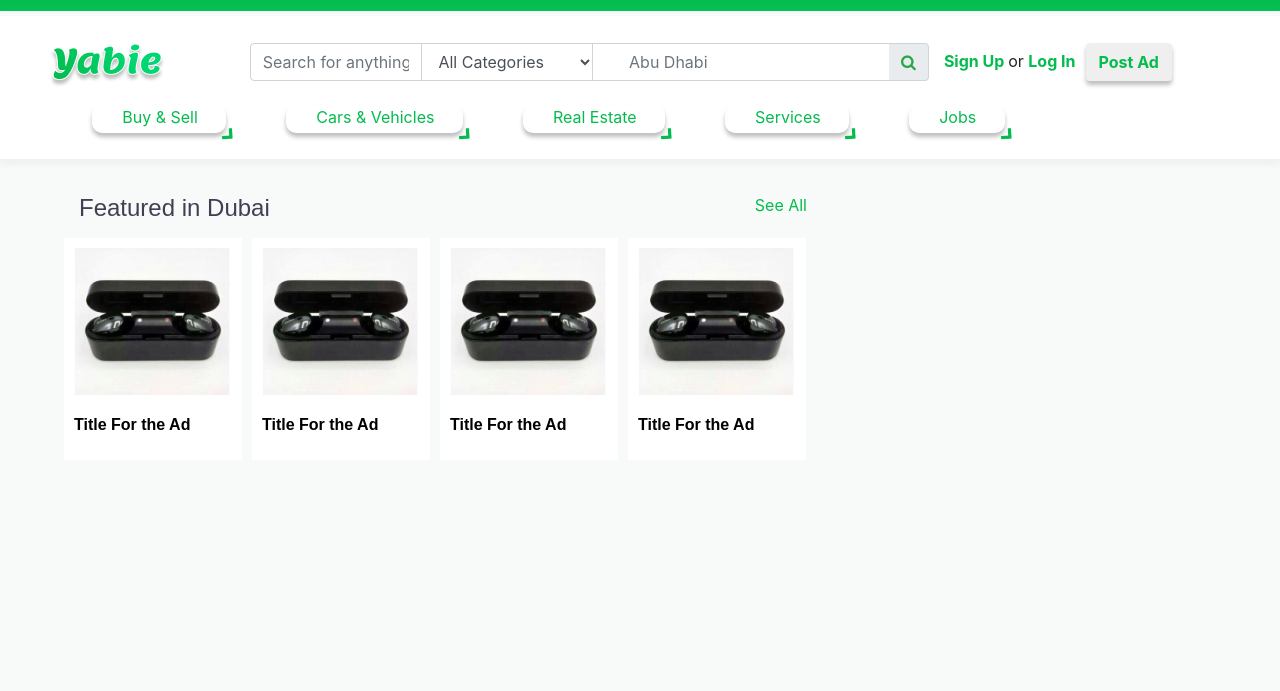
Repository: muazzamkha95/yabie
Page: homepage.html
An editor plug-in stored every save of this project. The page is shown before and after a run of saves, followed by the edit.
The browser window is 1280 px wide. The pictures show the whole page.

Above is the page before, as saved 2020-07-03 23:56:56.
Console error: TypeError: Cannot read properties of undefined (reading 'fn')

### homepage.html
<!DOCTYPE html>
<html lang="en">
<head>
    <meta charset="UTF-8">
    <meta name="viewport" content="width=device-width, initial-scale=1.0">
    <title>Home Page</title>

    <link rel="stylesheet" href="https://maxcdn.bootstrapcdn.com/bootstrap/4.0.0/css/bootstrap.min.css" integrity="sha384-Gn5384xqQ1aoWXA+058RXPxPg6fy4IWvTNh0E263XmFcJlSAwiGgFAW/dAiS6JXm" crossorigin="anonymous">
    <link rel="stylesheet" href="https://stackpath.bootstrapcdn.com/font-awesome/4.7.0/css/font-awesome.min.css" integrity="sha384-wvfXpqpZZVQGK6TAh5PVlGOfQNHSoD2xbE+QkPxCAFlNEevoEH3Sl0sibVcOQVnN" crossorigin="anonymous">
    <link href="css/main.css"  rel="stylesheet"></link>

</head>
<body>
        <div class="topBar"></div>
        <nav class="navbar">
            <div class="maincontainer">
                <div class="row">
                        <div class="col-md-2">
                            <img src="images/YabieLogo.png" alt="Yabie Logo" class="logo"/>
                        </div>
                        <div class="col-md-7">
                            <form class="form-inline" action="#">
                                <div class="input-group">
                                    <input type="text" class="form-control" placeholder="Search for anything" required>
                                    <select class="form-control border-right-0" required>
                                        <option>All Categories</option>
                                        <option value="a">A</option>
                                        <option value="b">B</option>
                                    </select>
                                    <div class="input-group">
                                        <div class="input-group-append">
                                            <span class="input-group-text bg-white text-success border-right-0"><i class="fa fa-map-marker-alt"></i></span>
                                        </div>
                                        <input type="text" class="form-control border-left-0 border-right-0" placeholder="Abu Dhabi" required>
                                        <div class="input-group-append">
                                            <button type="submit" class="input-group-text"><i class="fa fa-search text-success"></i></button>
                                        </div>
                                    </div>
                                </div>
                            </form>
                        </div>
                        <div class="col-md-3" >
                            <div class="row text-center">
                                <span style="padding-top: 6px;">
                                    <span class="btext"> Sign Up </span>  or <span class="btext">Log In</span>
                                </span>

                                <button class="btn btn-default btext pull-right boxshadow" style="margin-left: 10px;">Post Ad</button>
                            </div>
                        </div>

                </div>
                <div class="row mt-3" >
                    <span class="categoryTab">Buy & Sell <i class="keyboard_arrow_down_24px_rounded fa fa-chevron-right "></i></span>
                    <span class="categoryTab">Cars & Vehicles  <i class="keyboard_arrow_down_24px_rounded fa fa-chevron-right "></i></span>
                    <span class="categoryTab">Real Estate <i class="keyboard_arrow_down_24px_rounded fa fa-chevron-right "></i></span>
                    <span class="categoryTab">Services <i class="keyboard_arrow_down_24px_rounded fa fa-chevron-right "></i></span>
                    <span class="categoryTab">Jobs <i class="keyboard_arrow_down_24px_rounded fa fa-chevron-right "></i></span>
                </div>
            </div>
        </nav>

        <main  role="main" class="mainSection">
            <div class="row">
                <div class="col-md-8">
                    <div class="col-md-12">
                        <div class="row">
                            <div class="col-md-6 pull-left" >
                                <p class="sectionTitle">
                                    Featured in Dubai
                                </p>
                            </div>
                            <div class="col-md-6 pull-right" >
                                <p class="sectionSeeAll pull-right">See All</p>
                            </div>
                        </div>
                        <div class="row">
                            <div class="adcard">
                                <img src="images/product.png">
                                <p class="adTitle">Title For the Ad</p>
                            </div>
                            <div class="adcard">
                                <img src="images/product.png">
                                <p class="adTitle">Title For the Ad</p>
                            </div>
                            <div class="adcard">
                                <img src="images/product.png">
                                <p class="adTitle">Title For the Ad</p>
                            </div>
                            <div class="adcard">
                                <img src="images/product.png">
                                <p class="adTitle">Title For the Ad</p>
                            </div>

                        </div>
                    </div>


                </div>



                <!-- Ads Section -->
                <div class="col-md-4"></div>
            </div>

        </main>


</body>
<script src="https://maxcdn.bootstrapcdn.com/bootstrap/4.0.0/js/bootstrap.min.js" integrity="sha384-JZR6Spejh4U02d8jOt6vLEHfe/JQGiRRSQQxSfFWpi1MquVdAyjUar5+76PVCmYl" crossorigin="anonymous"></script>
<script src="js/main.js" type="text/javascript"></script>
</html>

### css/main.css
/* Body */
*{
    padding: 0;
    margin: 0;
}
body{
    background: #F8F9F9;

}

/* Main navbar css */

.topBar{

    position: absolute;
    width: 100%;
    height: 11px;
    left: 0px;
    top: 0px;

    background: linear-gradient(180deg, #04BC4E 0%, #15D57B 537.5%);
}


nav{
    position: absolute;
    width: 100%;
    height: 143px;
    left: 0px;
    top: 16px;
    background: #FFFFFF;
    box-shadow: 0px 6px 6px rgba(219, 214, 214, 0.25);
    padding-top: 20px;
}

.maincontainer{
    width: 95%;
    margin-left:auto;
    margin-right: auto;
}

.logo{
    height: 100;
}
.btext{
    font-weight: bold;
    color: #04BC4E;
}

.boxshadow{
    box-shadow: 0px 4px 4px rgba(0, 0, 0, 0.25);
}

.categoryTab{
    display: inline;
    box-shadow: 0px 4px 4px rgba(0, 0, 0, 0.25);
    background-color: #FFFFFF;
    color: #04BC4E;
    border-radius: 10px;
    margin-left: 60px;
    padding-left: 30px;


}
.keyboard_arrow_down_24px_rounded{
    position: relative;
    width: 24px;
    height: 24px;
    left:17px;
    top: 22px;
    transform: rotate(41.5deg);

}

/* Main section  */

.mainSection{
    width: 90%;
    margin-left: auto;
    margin-right: auto;
    margin-top: 50px;



}


.sectionTitle{

    font-family:sans-serif;
    font-style: normal;
    font-weight: 500;
    font-size: 24px;
    line-height: 29px;

    color: #3E4153;
}
.sectionSeeAll{
    color: #04BC4E;
}
/* Ad card  */

.adcard{
    background: #FFFFFF;
    padding: 10px;
    margin-right: 10px;
}
.adTitle{
    font-family: sans-serif;
    font-style: normal;
    font-weight: bold;
    font-size: 16px;
    line-height: 19px;
    color: #000000;
    margin-top: 20px;
}

Loaded but not shown: js/main.js (no stored copy; drawn as an empty file)

After the next 5 saves:
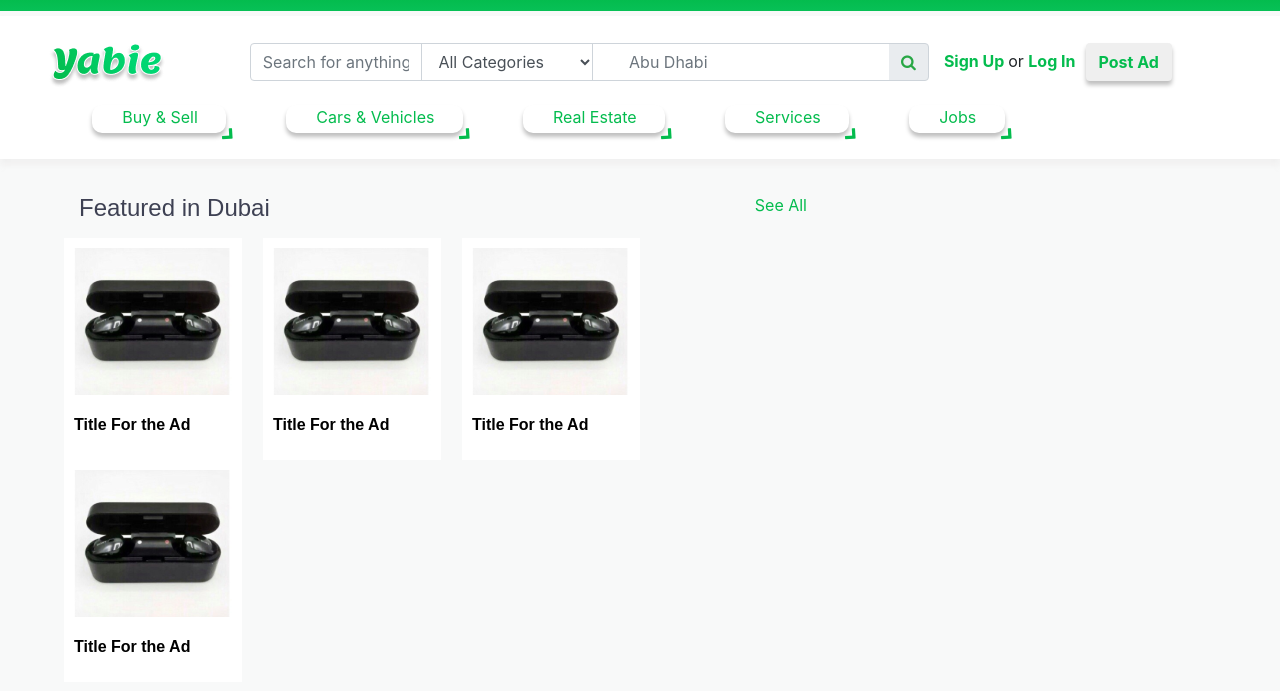
The 5 saves are shown as one change because they came seconds apart.
The last was saved 28 s later.
--- a/css/main.css
+++ b/css/main.css
@@ -103,7 +103,7 @@ nav{
 .adcard{
     background: #FFFFFF;
     padding: 10px;
-    margin-right: 10px;
+    margin-right: 21px;
 }
 .adTitle{
     font-family: sans-serif;
